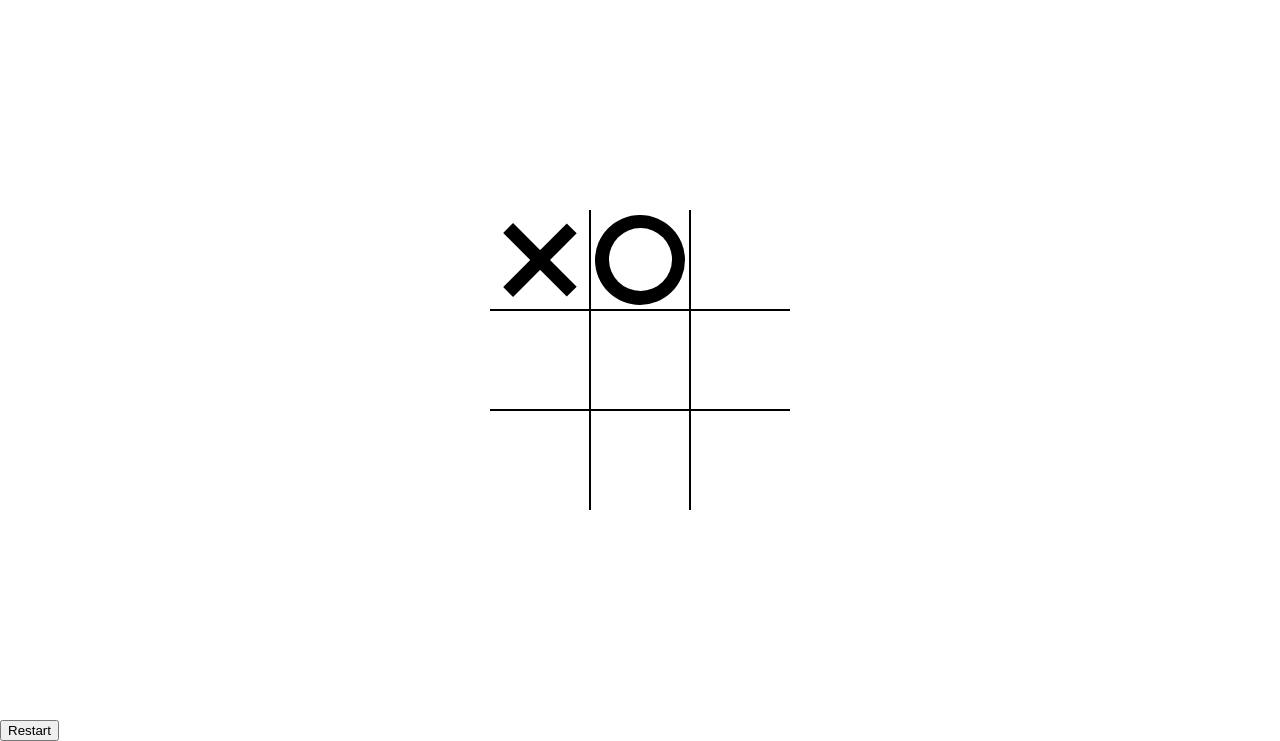
Repository: divya2/tic-toc-toe
Page: index.html
An editor plug-in stored every save of this project. The page is shown before and after the next save, followed by the edit.
The browser window is 1280 px wide. The pictures show the whole page.

Above is the page before, as saved 2020-10-29 22:56:28.
Not found: script.js

After the next save:
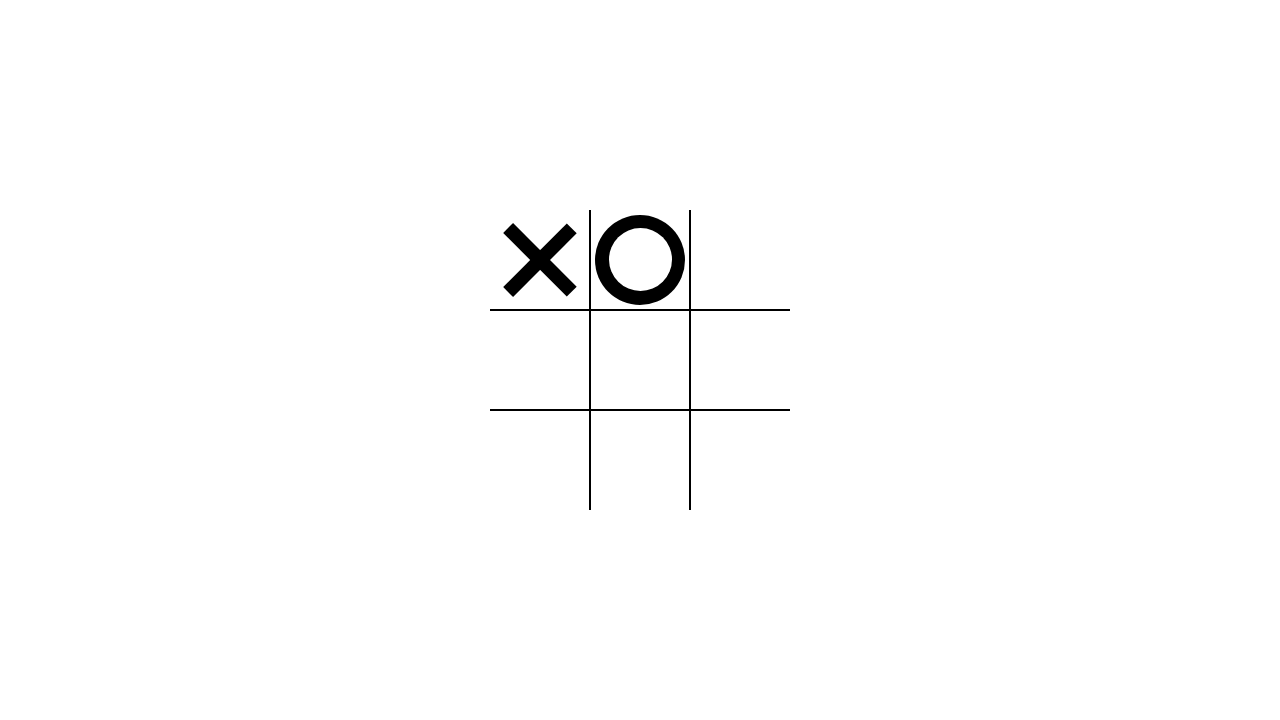
Saved 27 s later.
--- a/styles.css
+++ b/styles.css
@@ -112,3 +112,7 @@
     height: calc(var(--mark-size)* .7);
     background-color: white;
 }
+
+.winning-message {
+    position: fixed;
+}
